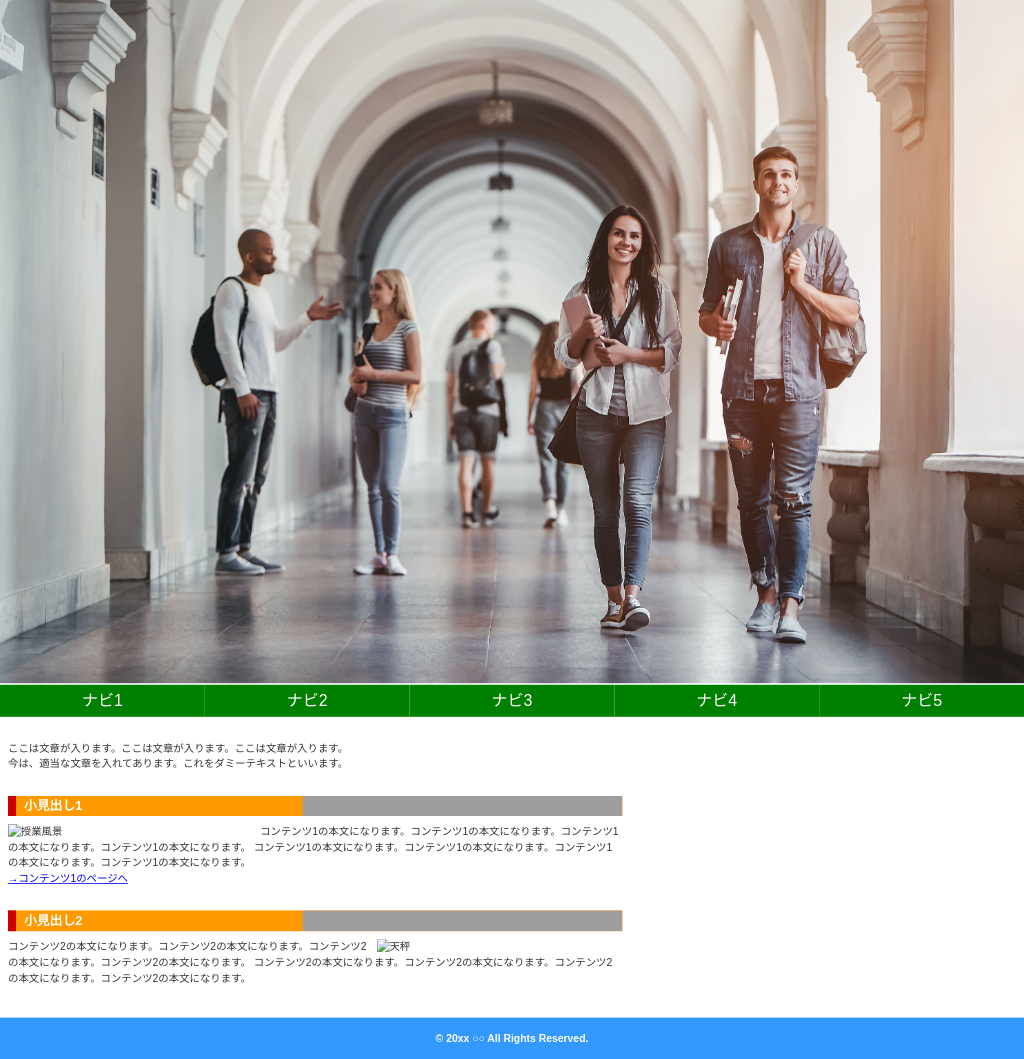
Repository: drumskoji/samurai_HTML-CSS
Page: home.html
The author's editor kept a record of every edit. The page is drawn from the files as they stood at one moment, then again after the next edit.
The browser window is 1280 px wide. The pictures show the whole page, at 80% of full size.
Pictures or frames that could not be fetched are drawn as grey boxes.

Above is the page before.
Not found: images/classroom.jpg
Not found: images/scale.jpg

### home.html
<!DOCTYPE html>
<html lang="ja">
    <head>
        <meta charset="utf-8">
        <title>HTML/CSSの学習</title>
        <link rel="stylesheet" href="stylesheet.css">
    </head>
    <body>
        <div id="header">
            <h1><a href="index.html"><img id="corridor" src="image/corridor.jpg" alt="大学の廊下" /></a></h1>
        </div>
        <div id="wrapper">
            <div id="nav">
                <ul>
                    <li><a href="home.html">ナビ1</a></li>
                    <li><a href="#">ナビ2</a></li>
                    <li><a href="#">ナビ3</a></li>
                    <li><a href="#">ナビ4</a></li>
                    <li><a href="#">ナビ5</a></li>
                </ul>
           </div>
            <div id="container">
                <div id="main">
                    <div class="post">
                        <p>ここは文章が入ります。ここは文章が入ります。ここは文章が入ります。<br />今は、適当な文章を入れてあります。これをダミーテキストといいます。</p>
                    </div>
                    <div class="post clearfix">
                        <h2>小見出し1</h2>
                        <img class="left" src="images/classroom.jpg" alt="授業風景" />
                        <p>
                            コンテンツ1の本文になります。コンテンツ1の本文になります。コンテンツ1の本文になります。コンテンツ1の本文になります。
                            コンテンツ1の本文になります。コンテンツ1の本文になります。コンテンツ1の本文になります。コンテンツ1の本文になります。
                        </p>
                        <p><a href="#">→コンテンツ1のページへ</a></p>
                    </div>
                    <div class="post clearfix">
                        <h2>小見出し2</h2>
                        <img class="right" src="images/scale.jpg" alt="天秤" />
                        <p>
                            コンテンツ2の本文になります。コンテンツ2の本文になります。コンテンツ2の本文になります。コンテンツ2の本文になります。
                            コンテンツ2の本文になります。コンテンツ2の本文になります。コンテンツ2の本文になります。コンテンツ2の本文になります。
                        </p>
                    </div>
                </div>
            </div>
        <div id ="footer">
            <p>&copy; 20xx ○○ All Rights Reserved.</p>
        </div>
    </body>
</html>

### stylesheet.css
@charset "utf-8";

body {
	margin: 0;
	padding: 0;
	font-family: "ヒラギノ角ゴ Pro W3", "Hiragino Kaku Gothic Pro", "メイリオ", Meiryo, Osaka, "ＭＳ Ｐゴシック", "MS PGothic", sans-serif;
	color: #333;
	font-size: 13px;
	line-height: 150%;
}

/* -------------------- wrapper -------------------- */
#wrapper {
	width: 100%;
	margin: auto;
	padding: 0px;
	border: 0px;
	background-color: #FFF;
	top: 10px;
}

/* -------------------- header -------------------- */
#header {
	width: 100%;
}
#header h1 {
	margin: 0;
	padding: 0;
}

#corridor {
	width: 100%;
	height: auto;
}

/* -------------------- footer -------------------- */
#footer {
	clear: both;
	width: 100%;
	padding: 3px 0 3px 0;
	background: #39F;
	color: #FFF;
	font-weight: bold;
	text-align: center;
}

/* -------------------- nav -------------------- */
 #nav {
	 width: 100%;
 }
 #nav ul {
	 margin: 0;
	 padding: 0;
	 list-style-type: none;
 }
 #nav ul li {
	 float: left;
	 width: 20%;
	 text-align: center;
 }
 #nav ul li a {
	 display: block;
	 height: 20px;
	 margin: 0;
	 padding: 10px;
	 color: #FFF;
	 font-size: 20px;
	 text-decoration: none;
	 background-color: green;
 }


 /* -------------------- container -------------------- */
 #container {
	 width: 100%;
	 margin: auto ;
	 padding: auto;
	 padding-top: 20px;
	 clear: both;
 }
 /* -------------------- main -------------------- */
 #main {
	 float: left;
	 width: 60%;
	 padding: 10px 30px 10px 10px;
 }
 #main h2 {
	 margin: 0 0 10px 0;
	 padding: 3px 10px 3px 10px;
	 color: #FFF;
	 font-size: 16px;
	 border-left: solid 10px #C00;
	 background: #F90 url(../images/main_h2.jpg) right top repeat-y;
 }
 #main p {
	 margin: 0;
	 padding: 0;
 }
 #main .post {
	 margin: 0 0 30px 0;
 }

 #main .post img.right {
	 margin: 0 0 0 8px;
 }
 #main .post img.left {
	 margin: 0 8px 0 0;
 }

 .right {
	 float: right;
	 width: 40%;
	 height: auto;
 }
 .left {
	 float: left;
	 width: 40%;
	 height: auto;
 }

 /* -------------------- clearfix -------------------- */
 .clearfix {
	 zoom: 1;
 }
 .clearfix:after{
	 content: "";
	 display: block;
	 clear: both;
 }

After the next edit:
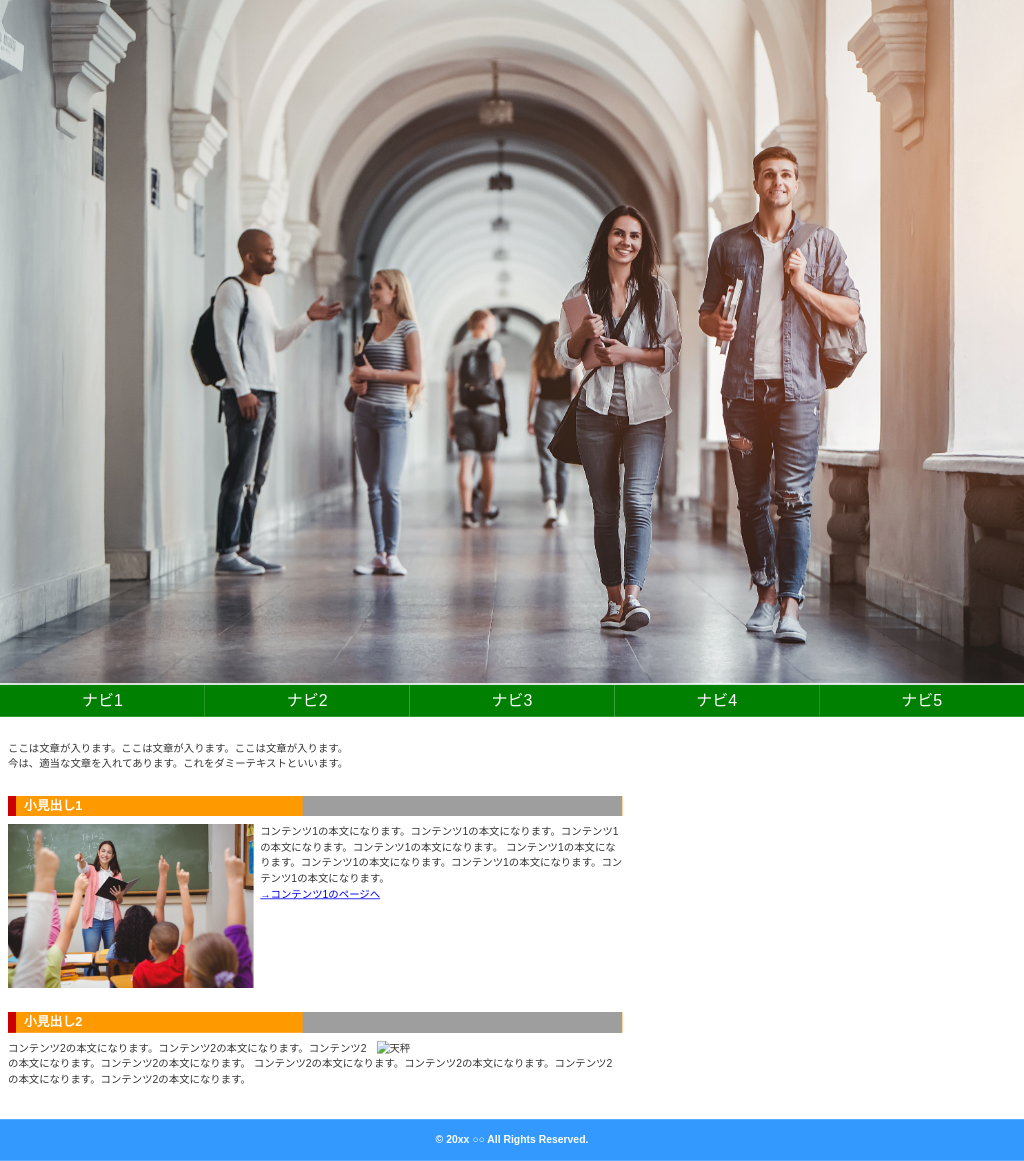
The edit:
--- a/home.html
+++ b/home.html
@@ -26,7 +26,7 @@
                     </div>
                     <div class="post clearfix">
                         <h2>小見出し1</h2>
-                        <img class="left" src="images/classroom.jpg" alt="授業風景" />
+                        <img class="left" src="image/classroom.jpg" alt="授業風景" />
                         <p>
                             コンテンツ1の本文になります。コンテンツ1の本文になります。コンテンツ1の本文になります。コンテンツ1の本文になります。
                             コンテンツ1の本文になります。コンテンツ1の本文になります。コンテンツ1の本文になります。コンテンツ1の本文になります。
